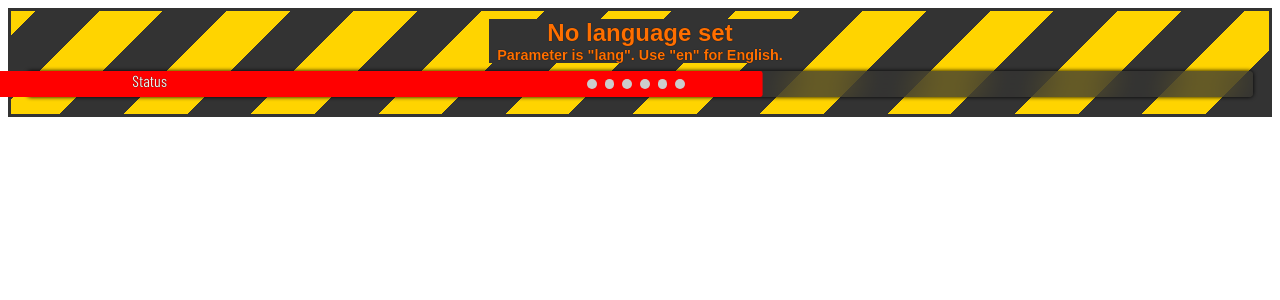
Repository: cirisus/ArknighTimer
Page: timer.html
These files come from the project's save history. The page is drawn as it stood at one moment and after the next save; the edit follows.
The browser window is 1280 px wide. The pictures show the whole page.
Some web fonts or font styles are not loaded; a fallback is used.

Above is the page before, as saved 2024-03-09 14:13:38.

After the next save:
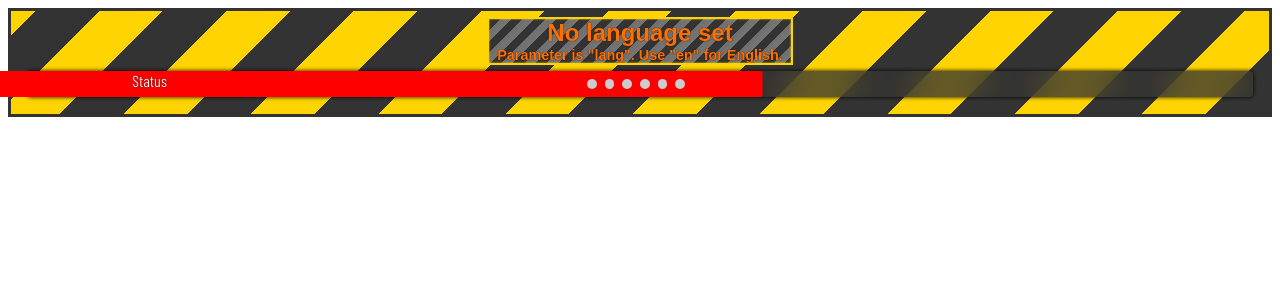
Saved 5 min 11 s later.
--- a/timer.css
+++ b/timer.css
@@ -37,6 +37,9 @@
   width: fit-content;
   padding: 0 .5rem;
   margin: auto;
+    outline: 2px solid #ffd301;
+    box-shadow: inset 0 0 2px #ffd400;
+    background-image: repeating-linear-gradient(135deg, rgb(var(--scale-2)), rgb(var(--scale-2)) 8px, rgb(111 111 111) 0, rgb(117 117 117) 16px);
 }
 /*
 h2#title:after {
